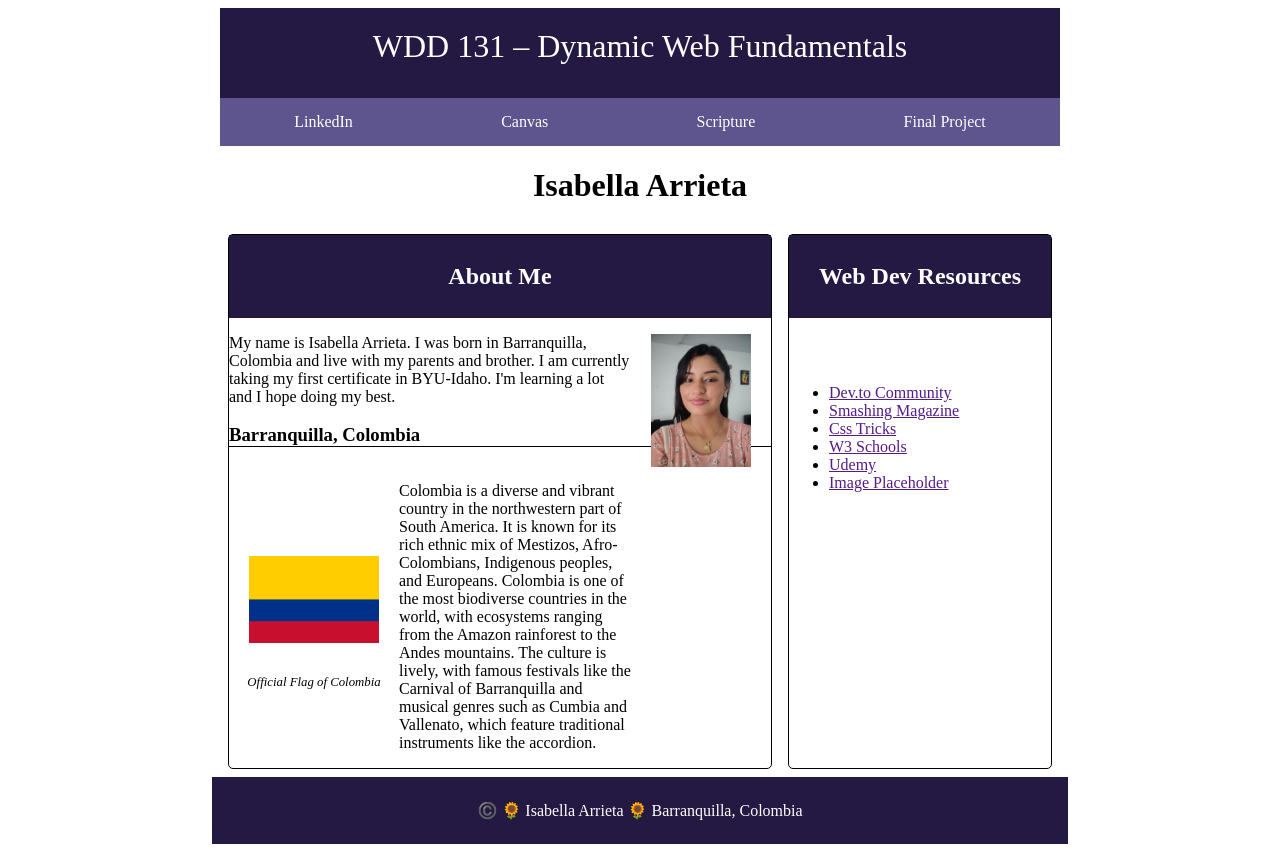
Repository: isaAJ05/wdd131
Page: index.html
These files come from the project's save history. The page is drawn as it stood at one moment and after a run of saves; the edit follows.
The browser window is 1280 px wide. The pictures show the whole page.
Some web fonts or font styles are not loaded; a fallback is used.

Above is the page before, as saved 2025-07-04 03:12:51.

### index.html
<!DOCTYPE html>
<html lang="en">
<head>
    <meta charset="UTF-8">
    <meta name="viewport" content="width=device-width, initial-scale=1.0">
    <title>WDD 131 – Dynamic Web Fundamentals – Isabella Arrieta</title>
    <meta name="description" content="WDD 131 – Dynamic Web Fundamentals Isabella Arrieta, This is a page about me">
    <meta name="author" content="Isabella Arrieta">
    <link rel="stylesheet" href="styles/base.css">
    <link rel="preconnect" href="https://fonts.googleapis.com">
    <link rel="preconnect" href="https://fonts.gstatic.com" crossorigin>
    <link href="https://fonts.googleapis.com/css2?family=Lato:ital,wght@0,100;0,300;0,400;0,700;0,900;1,100;1,300;1,400;1,700;1,900&family=Play:wght@400;700&family=Raleway:ital,wght@0,100..900;1,100..900&display=swap" rel="stylesheet">
</head>
<body>
    <header>
        <div class="header-title">
            <span id="course-title">WDD 131 – Dynamic Web Fundamentals</span>
        </div>
        <nav>
            <a href="www.linkedin.com/in/isabella-arrieta">LinkedIn</a>
            <a href="https://byupw.instructure.com/">Canvas</a>
            <a href="https://www.churchofjesuschrist.org/study/scriptures/bofm/alma/30?lang=eng&id=p44#p44">Scripture</a>
            <a href="">Final Project</a>

        </nav>
    </header>
    <main>

        <h1>Isabella Arrieta</h1>
        <section class="card">
            <div class="rectangle">
                <h2>About Me</h2>
            </div>
            <div class="presentation">
            <img src ="images/isa-picture.jpg" alt="Isabella Arrieta picture">
            <p>My name is Isabella Arrieta. I was born in Barranquilla, Colombia and live with my parents and brother. I am currently taking my first certificate in BYU-Idaho. I'm learning a lot and I hope doing my best. </p>
            <h3>Barranquilla, Colombia</h3>
            </div>
            <div class="country">
            <figure>
                <img src ="images/640px-Flag_of_Colombia.svg.webp" alt="Colombia flag">
                <figcaption>Official Flag of Colombia</figcaption>
            </figure>
            <p>Colombia is a diverse and vibrant country in the northwestern part of South America. It is known for its rich ethnic mix of Mestizos, Afro-Colombians, Indigenous peoples, and Europeans. Colombia is one of the most biodiverse countries in the world, with ecosystems ranging from the Amazon rainforest to the Andes mountains. The culture is lively, with famous festivals like the Carnival of Barranquilla and musical genres such as Cumbia and Vallenato, which feature traditional instruments like the accordion.</p>
            </div>
            </section>
        <section class="card">
            <div class="rectangle">
                <h2>Web Dev Resources</h2>
            </div>
                <ul>
                <li><a href="">Dev.to Community</a></li>
                <li><a href="">Smashing Magazine</a></li>
                <li><a href="">Css Tricks</a></li>
                <li><a href="">W3 Schools</a></li>
                <li><a href="">Udemy</a></li>
                <li><a href="">Image Placeholder</a></li>
            </ul>

        </section>
    </main>
    <footer>
        <p>
            ©️<span id="currentyear"></span> 🌻 Isabella Arrieta 🌻 Barranquilla, Colombia
        </p>
        <p>
            <span id="lastModified"></span>
        </p>
    </footer>

</body>
</html>

### styles/base.css
:root {
    --primary-color: #231942;
    --secondary-color: #5e548e;
    --accent1-color: #ffafcc;
    --accent2-color: #bde0fe;
    --accent3-color: #a2d2ff;
    --heading-font: "Play", sans-serif;
    --body-font: "Raleway", sans-serif;
}
header, main, footer {
    width: 840px;
    margin: 0 auto;
}
.course-title{
    display: block;

}
.header-title {
    color:white;
	height: 50px;
    padding: 20px;
    font-size: 2rem;
    text-align: center;
    background: var(--primary-color);
}

nav{
    display: flex;
    justify-content: space-around;
    text-decoration: none;
    background: var(--secondary-color);
}
nav a{
    color: #fff;
    text-decoration: none;
    padding: 15px;
}

nav a:hover {
	text-decoration: overline;
}

/* larger/wider views **************************/
@media (min-width: 640px) {
	nav ul {
		display: flex;
	}

	nav ul li {
		flex: 1 0 auto;
}

main{
    display: grid;
    grid-template: auto 1fr / 2fr 1fr;
}
main h1{
    grid-column: 1/3;
    text-align: center;
}
section{
    border: 1px solid black;
    border-radius: 5px;
    margin: 8px;
}

.card .rectangle{
    color:white;
    padding: 8px;
    text-align: center;
    background: var(--primary-color);


}
.presentation img{
    float: right;
    padding: 0px 20px 20px 20px;
    width:100px ;
    height: auto;

}
.card h3{
    border-bottom: 1px solid black;
}

.country{
    display: flex;
    flex: 1 0 auto;
    align-items: center;
}
.card figure{
    margin: 0;
    padding: 0;
}
.card figure img{
    width: 130px;
    height: auto;
    padding:20px;
}
.card figure figcaption{
    text-align: center;
    font-style: italic;
    padding: 8px;
    font-size: 0.8rem;
}


.card ul{
    padding-top: 50px;
}

footer{
    color:  #fff;
    background: var(--primary-color);
    text-align: center;
    padding: 8px;
}

After the next 2 saves:
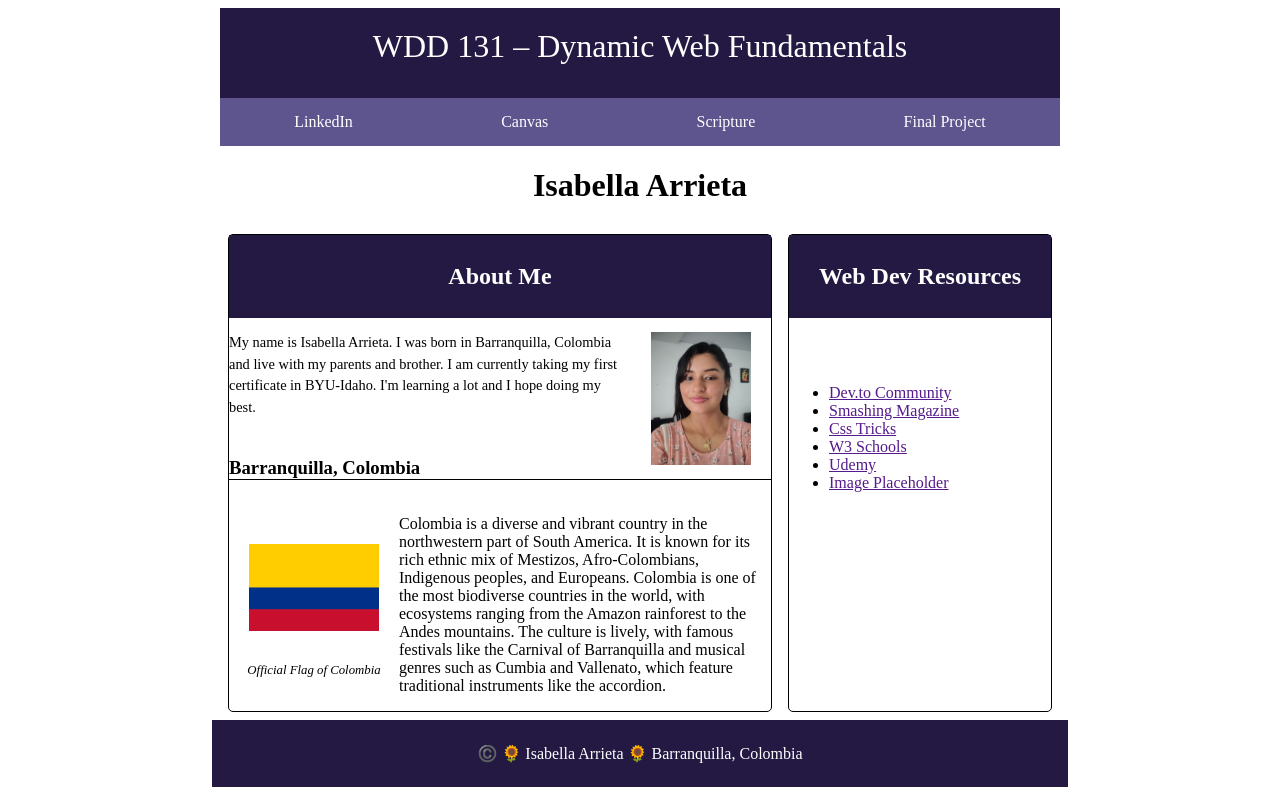
The 2 saves are shown as one change because they came seconds apart.
The last was saved 28 s later.
--- a/styles/base.css
+++ b/styles/base.css
@@ -79,6 +79,11 @@
     height: auto;
 
 }
+.presentation p{
+    font-size: 0.9rem;
+    line-height: 1.5;
+    padding: 0 20px 20px 0;
+}
 .card h3{
     border-bottom: 1px solid black;
 }

After the save that followed:
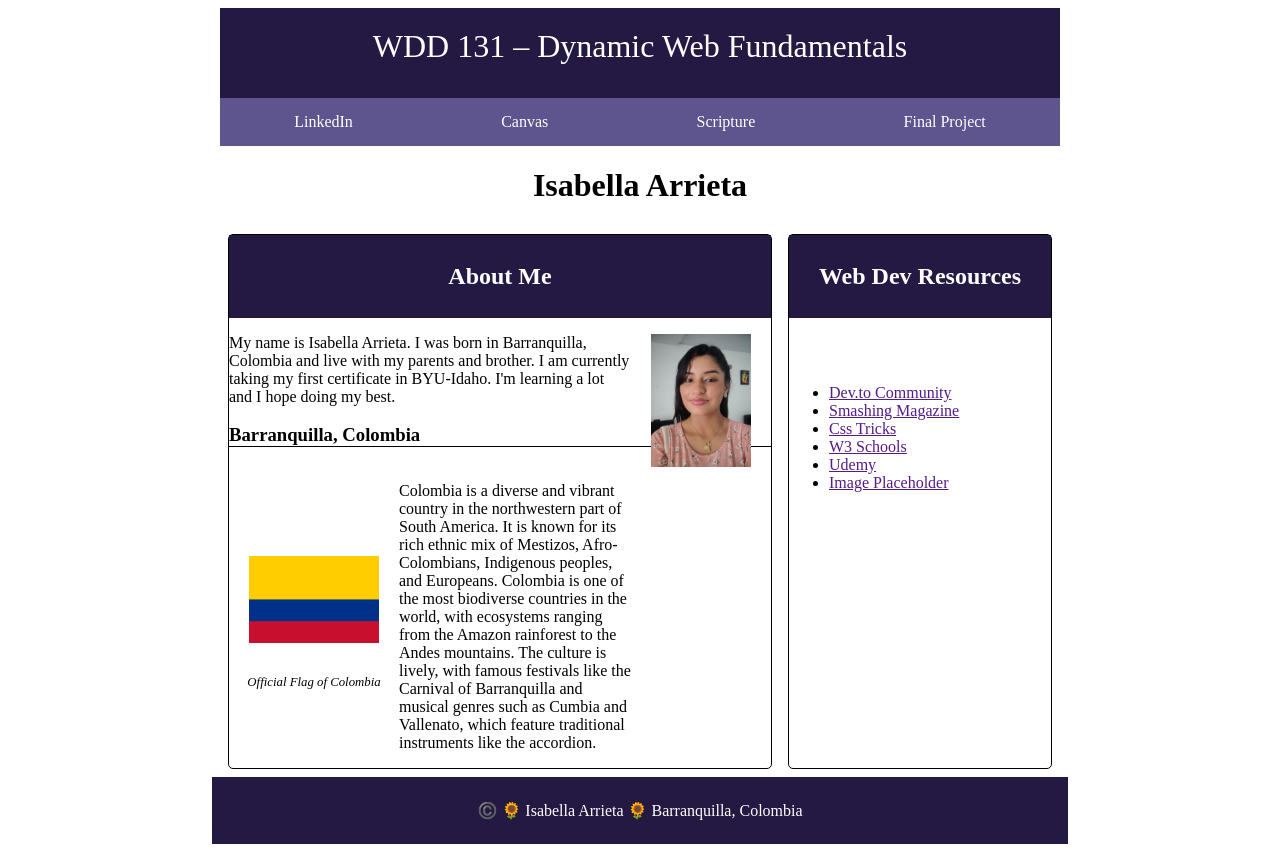
Saved 19 s later.
--- a/styles/base.css
+++ b/styles/base.css
@@ -80,9 +80,7 @@
 
 }
 .presentation p{
-    font-size: 0.9rem;
-    line-height: 1.5;
-    padding: 0 20px 20px 0;
+
 }
 .card h3{
     border-bottom: 1px solid black;
